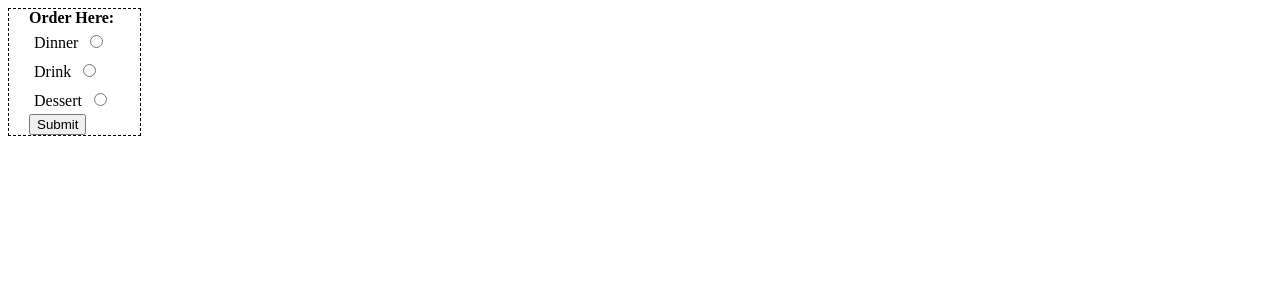
Repository: AyushMahatara/vue-simple-restaurant-order
Page: index.html
These files come from the project's save history. The page is drawn as it stood at one moment and after the next save; the edit follows.
The browser window is 1280 px wide. The pictures show the whole page.

Above is the page before, as saved 2024-01-11 10:26:55.

### index.html
<!DOCTYPE html>
<html lang="en">
  <head>
    <meta charset="UTF-8" />
    <meta name="viewport" content="width=device-width, initial-scale=1.0" />
    <title>Restaurant Order</title>
    <style>
      #app {
        border: dashed black 1px;
        display: inline-block;
        padding: 0 20px;
      }
      #app label,
      #app li {
        padding: 5px;
        border-radius: 5px;
      }
      #app input[type="radio"] {
        margin: 8px;
      }
      #app label:hover {
        cursor: pointer;
        background-color: lightgray;
      }
      ul {
        list-style-type: none;
      }
      li {
        margin: 2px;
        width: 17ch;
        height: 35px;
        line-height: 35px;
        text-align: center;
        background-color: rgb(211, 254, 211);
      }
      .impClass {
        background-color: rgb(255, 202, 202);
      }
      #ulFound li {
        text-decoration: line-through;
        background-color: rgb(230, 230, 230);
      }
      form img {
        width: 50px;
      }
      li img {
        float: right;
        height: 100%;
      }
      h4 {
        margin: 0;
      }
    </style>
  </head>
  <body>
    <div id="app">
      <h4>Order Here:</h4>
      <form v-on:submit.prevent="addItem">
        <label for=""
          >Dinner
          <input type="radio" value="Dinner" name="" v-model="itemType" id="" />
        </label>
        <br />
        <label for=""
          >Drink
          <input type="radio" value="Drink" name="" v-model="itemType" id="" />
        </label>
        <br />
        <label for=""
          >Dessert
          <input
            type="radio"
            value="Dessert"
            name=""
            v-model="itemType"
            id=""
          />
        </label>
        <br />

        <p v-show="itemType">
          <label for="">
            <select required v-model="itemName" v-on:change="newUrl">
              <option value="" selected disabled>Select Item</option>
              <option
                value=""
                v-for="item in preDefItems"
                v-bind:value="item.name"
                v-show="item.type === itemType"
                v-bind:data-url="item.imgUrl"
              >
                {{ item.name }}
              </option>
            </select>
          </label>
        </p>

        <img :src="itemUrl" alt="" />
        <p v-show="itemName">
          <input
            type="number"
            name=""
            placeholder="how many?"
            v-model="itemNumber"
            required
          />
        </p>

        <button>Submit</button>
      </form>
    </div>
  </body>

  <script src="https://unpkg.com/vue@3/dist/vue.global.js"></script>

  <script>
    const app = Vue.createApp({
      data() {
        return {
          itemType: "",
          itemName: "",
          itemUrl: "",
          itemNumber: null,
          preDefItems: [
            { name: "Burrito", type: "Dinner", imgUrl: "img_burrito.svg" },
            { name: "Pizza", type: "Dinner", imgUrl: "img_pizza.svg" },
            { name: "Pho Soup", type: "Dinner", imgUrl: "img_soup.svg" },
            { name: "Spaghetti", type: "Dinner", imgUrl: "img_spaghetti.svg" },
            { name: "Fish", type: "Dinner", imgUrl: "img_fish.svg" },
            { name: "Cake", type: "Dessert", imgUrl: "img_cake.svg" },
            { name: "Rice", type: "Dinner", imgUrl: "img_rice.svg" },
            { name: "Salad", type: "Dinner", imgUrl: "img_salad.svg" },
            { name: "Coke", type: "Drink", imgUrl: "img_soda.svg" },
            { name: "Green Soda", type: "Drink", imgUrl: "img_greenSoda.svg" },
            { name: "Doughnut", type: "Dessert", imgUrl: "img_doughnut.svg" },
            { name: "Ice Cream", type: "Dessert", imgUrl: "img_iceCream.svg" },
            { name: "Lemonade", type: "Drink", imgUrl: "img_lemonade.svg" },
            { name: "Pancakes", type: "Dessert", imgUrl: "img_pancakes.svg" },
            { name: "Water", type: "Drink", imgUrl: "img_water.svg" },
          ],
          order: [],
        };
      },
      methods: {
        addItem() {
          let item = {
            name: this.itemName,
            number: this.itemNumber,
            url: this.itemUrl,
          };
          this.order.push(item);
          this.itemType = "";
          this.itemName = "";
          this.itemNumber = null;
          this.itemUrl = "";
        },
        newUrl(e) {
          this.itemUrl =
            e.target.options[e.target.selectedIndex].getAttribute("data-url");
        },
      },
    });
    app.mount("#app");
  </script>
</html>

After the next save:
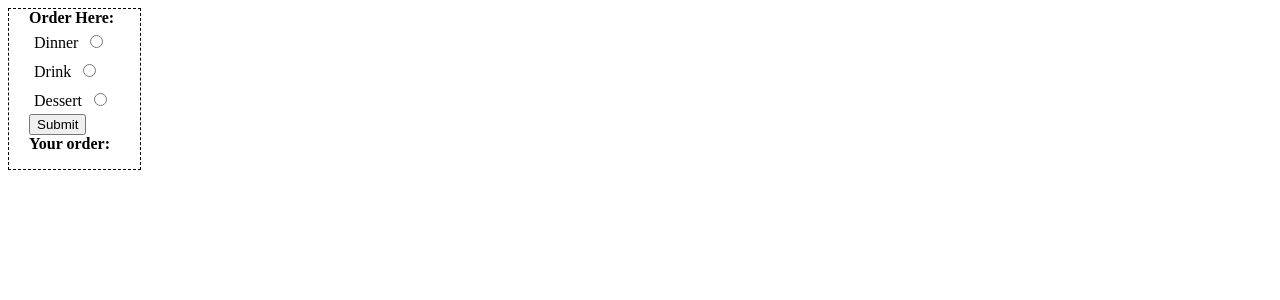
Saved 95 s later.
--- a/index.html
+++ b/index.html
@@ -108,6 +108,16 @@
 
         <button>Submit</button>
       </form>
+      <div>
+        <h4>Your order:</h4>
+        <ul id="ulToFind">
+          <li v-for="item in order">
+              {{ item.name }}, {{ item.number}} <img v-bind:src="item.url">
+          </li>
+        </ul>
+
+        </ul>
+      </div>
     </div>
   </body>
 
